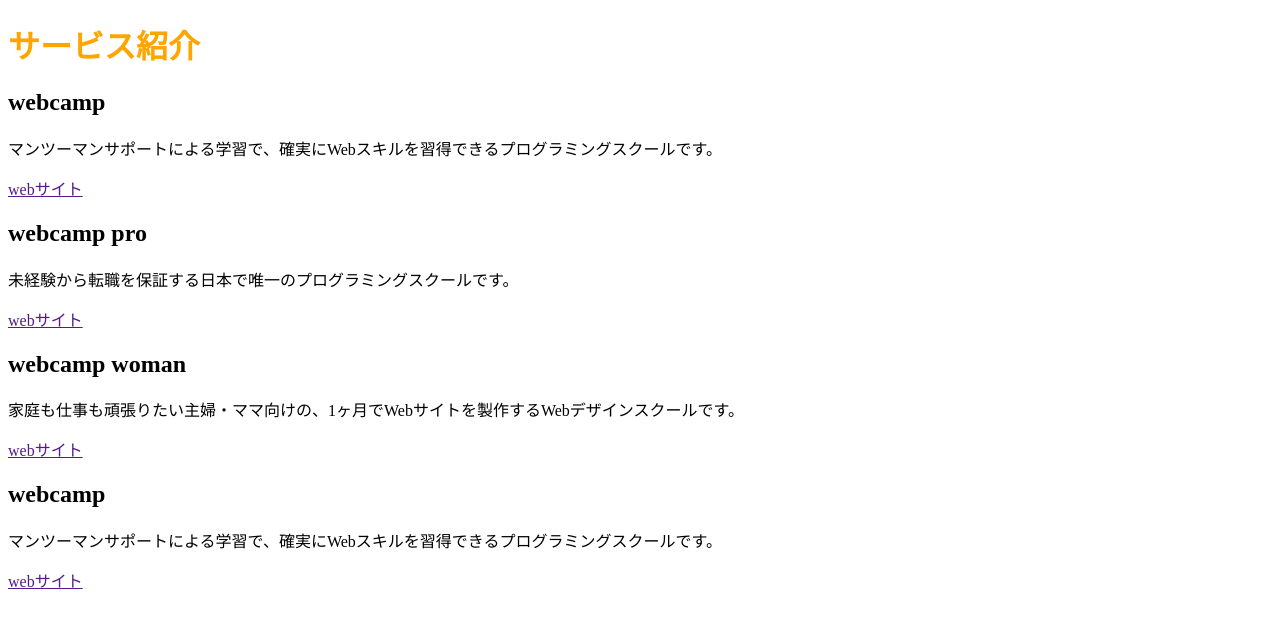
Repository: ryo32sun/Html-Practice
Page: sample/sample.html
The author's editor kept a record of every edit. The page is drawn from the files as they stood at one moment, then again after the next edit.
The browser window is 1280 px wide. The pictures show the whole page.

Above is the page before.

### sample/sample.html
<!DOCTYPE HTML>
<html lang="ja">
  <head>
    <meta charset="UTF-8" />
    <title>初めてのHTML</title>
    <link rel="stylesheet" href="style.css"/>
  </head>

  <body>
    <h1 class="title">サービス紹介</h1>
    <h2>webcamp</h2>
    <p>マンツーマンサポートによる学習で、確実にWebスキルを習得できるプログラミングスクールです。</p>
    <a href="">webサイト</a>
    <h2>webcamp pro</h2>
    <p>未経験から転職を保証する日本で唯一のプログラミングスクールです。</p>
    <a href="">webサイト</a>
    <h2>webcamp woman</h2>
    <p>家庭も仕事も頑張りたい主婦・ママ向けの、1ヶ月でWebサイトを製作するWebデザインスクールです。</p>
    <a href="">webサイト</a>
    <h2>webcamp</h2>
    <p>マンツーマンサポートによる学習で、確実にWebスキルを習得できるプログラミングスクールです。</p>
    <a href="">webサイト</a>

  </body>
</html>

### sample/style.css
.title {
  color: orange;
}

After the next edit:
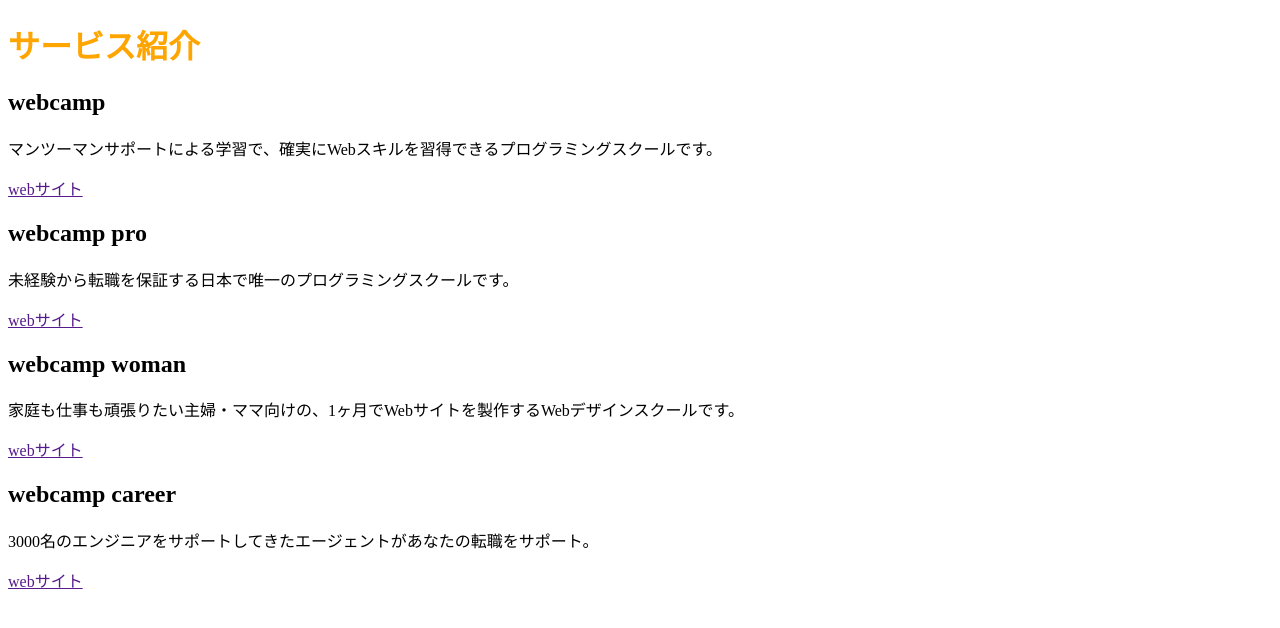
The edit:
--- a/sample/sample.html
+++ b/sample/sample.html
@@ -17,8 +17,8 @@
     <h2>webcamp woman</h2>
     <p>家庭も仕事も頑張りたい主婦・ママ向けの、1ヶ月でWebサイトを製作するWebデザインスクールです。</p>
     <a href="">webサイト</a>
-    <h2>webcamp</h2>
-    <p>マンツーマンサポートによる学習で、確実にWebスキルを習得できるプログラミングスクールです。</p>
+    <h2>webcamp career</h2>
+    <p>3000名のエンジニアをサポートしてきたエージェントがあなたの転職をサポート。</p>
     <a href="">webサイト</a>
 
   </body>
